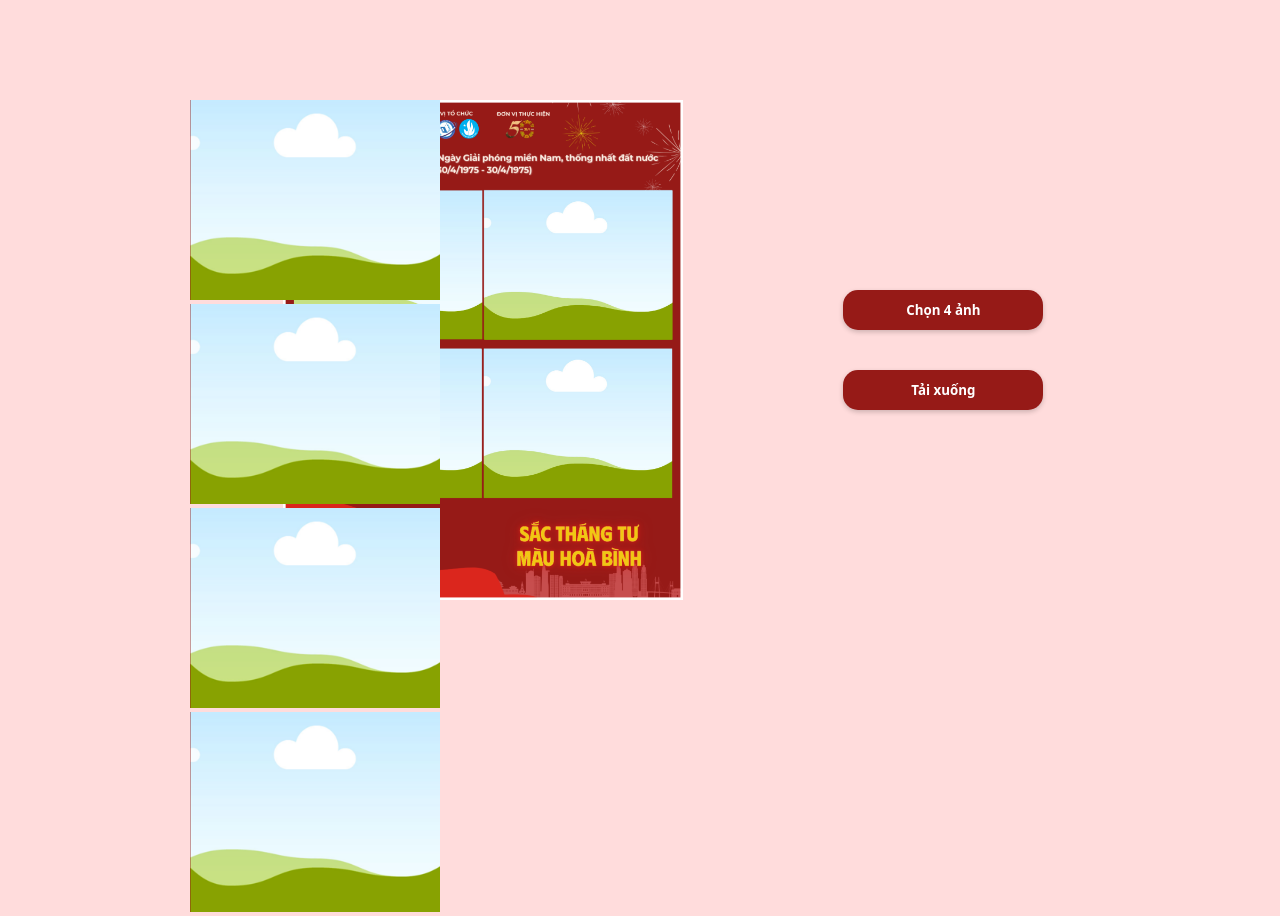
Repository: nguyentambinh/tuoitretdmu
Page: http://localhost/
An editor plug-in stored every save of this project. The page is shown before and after a run of saves, followed by the edit.
The browser window is 1280 px wide. The pictures show the whole page.
The page is run by PHP 8.4 with error messages shown; the project is at /var/www/html/.

Above is the page before, as saved 2025-04-10 14:03:27.
Console error: TypeError: Cannot read properties of null (reading 'addEventListener')

### index.php
<!DOCTYPE html>
<html lang="en">
<head>
    <meta charset="UTF-8">
    <meta name="viewport" content="width=device-width, initial-scale=1.0">
    <link rel="stylesheet" href="main.css">
    <script src="main.js"></script>
    <title></title>
</head>
<body>
    <div class = "container-box">
        <div class="background-box">
            <div class="picture-box">
                <img src="/picture/1.png" alt="" class="img-sub w-full h-[150px] object-cover rounded">
                <img src="/picture/2.png" alt="" class="img-sub w-full h-[150px] object-cover rounded">
                <img src="/picture/3.png" alt="" class="img-sub w-full h-[150px] object-cover rounded">
                <img src="/picture/4.png" alt="" class="img-sub w-full h-[150px] object-cover rounded">
            </div>
        </div>
        <div class="control-box">
            <button id="btn-add-picture" class=" btn-custom">
                Chọn 4 ảnh
            </button>
            <button class="btn-custom btn-dowload-picture">Tải xuống</button>
        </div>
    </div>
</body>



</html>

### main.css
body {
    background-color: #ffdcdc;
    margin: 0;
    padding: 0;
    display: flex;
    justify-content: center;
    margin-top: 100px;
}

.container-box {
    display: grid;
    grid-template-columns: 1fr 0.5fr;
    gap: 20px;
    width: 900px;
    max-width: 100%;
}



.background-box {
    display: grid;
    grid-template-columns: 1fr 1fr;
    grid-template-rows: 1fr 1fr;
    background-position: center;
    background-image: url('./picture/FRAMEPHOTOBOOTH304.png');
    background-size: contain;
    background-repeat: no-repeat;
    gap:0px;
    width: 100%;
    height: 500px;
}

.control-box {
    display: flex;
    flex-direction: column;
    align-items: center;
    justify-content: center;
}

.btn-custom {
    background-color: #961A17;
    border-radius: 15px;
    font-weight: bold;
    font-family: system-ui;
    width: 200px;
    height: 40px;
    color: white;
    margin: 20px 0;
    border: none;
    box-shadow: 0 2px 5px rgba(0,0,0,0.2);
    cursor: pointer;
}
@media screen and (max-width: 720px) {
    .container-box {
        grid-template-columns: 1fr;
        grid-template-rows: auto auto;
        width: 100%;
        padding: 0 10px;
        margin: 5px 0;
    }

    .control-box {
        align-items: center;
    }
    .btn-custom{
        width: 300px;
    }
}
.img-sub{
    width: 250px;
    height: 200px;
    background-size: contain;
}

### main.js

  document.getElementById("btn-add-picture").addEventListener("click", function () {
    const input = document.createElement("input");
    input.type = "file";
    input.accept = "image/*";
    input.multiple = true;
    input.style.display = "none";
    input.addEventListener("change", function (e) {
      const files = e.target.files;
      const imgElements = document.querySelectorAll(".background-box .img-sub");

      for (let i = 0; i < imgElements.length; i++) {
        if (files[i]) {
          const reader = new FileReader();
          reader.onload = function (event) {
            imgElements[i].src = event.target.result;
          };
          reader.readAsDataURL(files[i]);
        } else {
          imgElements[i].src = "";
        }
      }
    });

    document.body.appendChild(input);
    input.click();
    input.remove();
  });

After the next 5 saves:
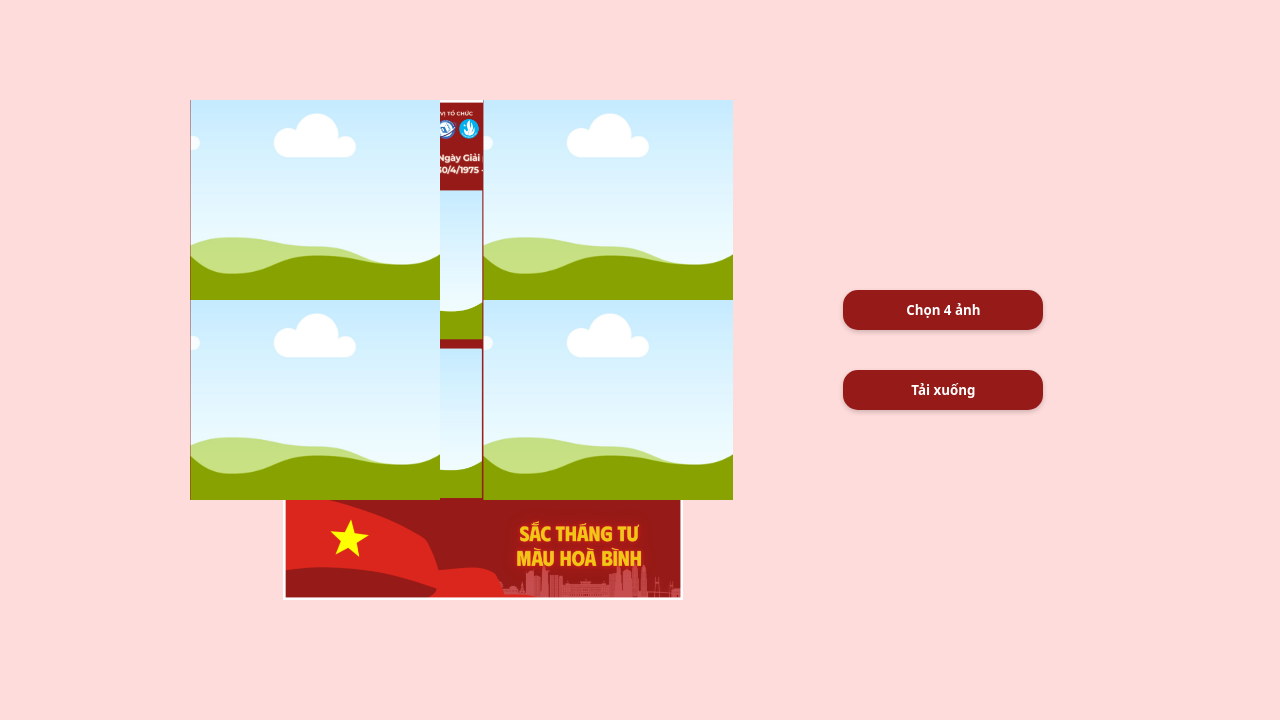
The 5 saves are shown as one change because they came seconds apart.
The last was saved 17 s later.
--- a/main.css
+++ b/main.css
@@ -18,9 +18,6 @@ body {
 
 
 .background-box {
-    display: grid;
-    grid-template-columns: 1fr 1fr;
-    grid-template-rows: 1fr 1fr;
     background-position: center;
     background-image: url('./picture/FRAMEPHOTOBOOTH304.png');
     background-size: contain;
@@ -29,7 +26,11 @@ body {
     width: 100%;
     height: 500px;
 }
-
+.picture-box{
+    display: grid;
+    grid-template-columns: 1fr 1fr;
+    grid-template-rows: 1fr 1fr;
+}
 .control-box {
     display: flex;
     flex-direction: column;
